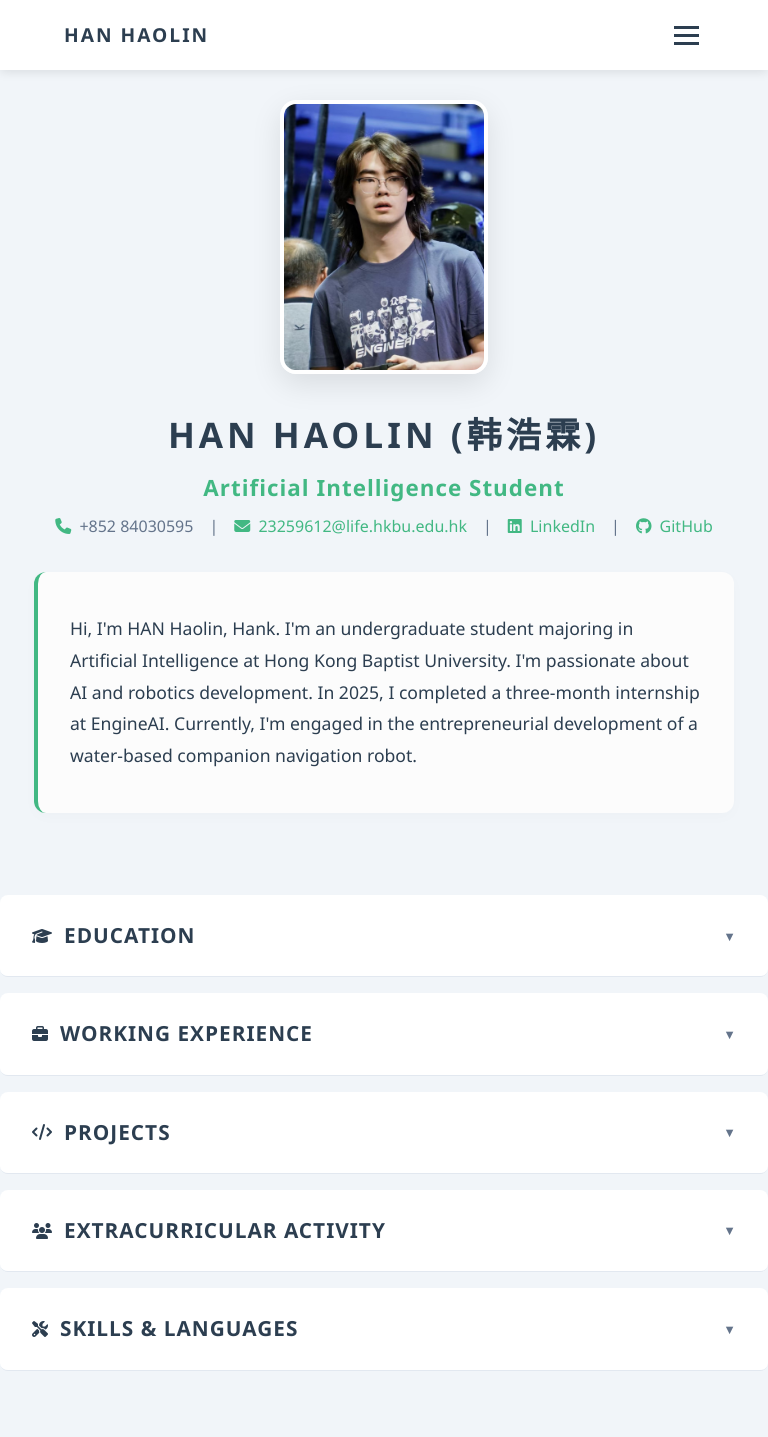
Repository: hhl2802149944-afk/hhl2802149944-afk.github.io
Page: /
These files come from the project's save history. The page is drawn as it stood at one moment and after the next save; the edit follows.
The browser window is 768 px wide. The pictures show the whole page.
The project was rebuilt for these pictures with package versions that can differ from the ones it lists, and the page was loaded fresh each time. Also part of the build but not shown: vite.config.js, src/components/ProjectCard.vue, src/views/MantaRoboticView.vue.

Above is the page before, as saved 2026-01-22 11:14:39.

### index.html
<!DOCTYPE html>
<html lang="en">
  <head>
    <meta charset="UTF-8">
    <link rel="icon" href="/favicon.ico">
    <meta name="viewport" content="width=device-width, initial-scale=1.0">
    <title>Han Haolin - Resume</title>
  </head>
  <body>
    <div id="app"></div>
    <script type="module" src="/src/main.js"></script>
  </body>
</html>

### src/main.js
import { createApp } from 'vue'
import App from './App.vue'
import router from './router'
import './assets/main.css'
import '@fortawesome/fontawesome-free/css/all.css'

const app = createApp(App)

app.use(router)

app.mount('#app')

### src/App.vue
<script setup>
import { RouterView } from 'vue-router'
</script>

<template>
  <RouterView />
</template>

<style>
/* Global styles can go here */
</style>

### src/router/index.js
import { createRouter, createWebHistory } from 'vue-router'
import HomeView from '../views/HomeView.vue'
import MantaRoboticView from '../views/MantaRoboticView.vue'

const router = createRouter({
  history: createWebHistory(import.meta.env.BASE_URL),
  routes: [
    {
      path: '/',
      name: 'home',
      component: HomeView
    },
    {
      path: '/manta-robotic',
      name: 'manta-robotic',
      component: MantaRoboticView
    }
  ]
})

export default router

### src/assets/main.css
:root {
  --primary-color: #2c3e50;
  --secondary-color: #34495e;
  --accent-color: #42b883;
  --text-color: #2c3e50;
  --light-text: #64748b;
  --bg-color: #f1f5f9;
  --card-bg: #ffffff;
  --border-color: #e2e8f0;
}

body {
  margin: 0;
  font-family: 'Segoe UI', Roboto, Helvetica, Arial, sans-serif;
  background-color: var(--bg-color);
  color: var(--text-color);
  line-height: 1.6;
}

.home {
  max-width: 1000px;
  margin: 0 auto;
  min-height: 100vh;
  background-color: white;
  box-shadow: 0 0 20px rgba(0,0,0,0.05);
  padding: 3rem 4rem;
}

h1, h2, h3, h4 {
  color: var(--primary-color);
  margin-top: 0;
}

a {
  color: var(--accent-color);
  text-decoration: none;
  transition: color 0.2s;
}

a:hover {
  color: var(--secondary-color);
  text-decoration: underline;
}

@media (max-width: 768px) {
  .home {
    padding: 2rem;
  }
}

@media (max-width: 480px) {
  .home {
    padding: 1rem;
  }
}

### src/views/HomeView.vue
<script setup>
import NavBar from '../components/NavBar.vue'
import ResumeHeader from '../components/ResumeHeader.vue'
import ResumeSection from '../components/ResumeSection.vue'
import ProjectCard from '../components/ProjectCard.vue'

const resumeData = {
  name: "Han Haolin (韩浩霖)",
  title: "Artificial Intelligence Student",
  summary: "Hi, I'm HAN Haolin, Hank. I'm an undergraduate student majoring in Artificial Intelligence at Hong Kong Baptist University. I'm passionate about AI and robotics development. In 2025, I completed a three-month internship at EngineAI. Currently, I'm engaged in the entrepreneurial development of a water-based companion navigation robot.",
  contact: {
    phone: "+852 84030595",
    email: "23259612@life.hkbu.edu.hk",
    linkedin: "https://linkedin.com/in/HaolinHAN",
    github: "https://github.com/hhl2802149944-afk"
  },
  education: {
    school: "Hong Kong Baptist University",
    major: "Artificial Intelligence",
    gpa: "3.01/4",
    courses: ["Artificial Intelligence and Machine Learning", "Software Engineering", "Data Communications and Networking"]
  },
  experience: [
    {
      name: "EngineAI Robotics Technology Co., Ltd.",
      date: "May - Aug 2025",
      role: "Robot Embedded Software Intern",
      details: [
        "Learning robot embedded software development based on the Ubuntu system, conducting factory testing of products and developing with the Intel RealSense D435i.",
        "Participate in world-class artificial intelligence exhibitions such as Macau EXPO and WRC, showcasing company products while conducting market research and sales activities"
      ]
    },
    {
      name: "Student Helper for Computer Science",
      date: "Nov - Dec 2024",
      role: "Hong Kong Baptist University",
      details: [
        "Facilitated weekly Python programming labs under professor supervision.",
        "Providing hands-on coding guidance to 30+ undergraduate students."
      ]
    }
  ],
  projects: [
    {
      name: "Internship Management System Documentation",
      date: "Oct 2025 - Dec 2025",
      role: "Software Engineering Project",
      details: [
        "Proposal for Enhancements and Testing Plan for the Internship System.",
        "Total: 105 pages, 13,377 words."
      ]
    },
    {
      name: "Online Multiplayer Drawing and Chat Platform",
      date: "2025",
      role: "Full-Stack Developer",
      details: [
        "Designed and implemented a real-time multiplayer drawing and chat system.",
        "Full-Stack Design for a Library Management Website."
      ]
    },
    {
      name: "Java Game Development Portfolio",
      date: "2024",
      role: "Game Programmer",
      details: [
        "Successfully developed three classic games: Labyrinth, Tetris, and Modern Art.",
        "Designed and developed an original computer game as an independent project."
      ]
    },
    {
      name: "Soccer Recognition AI System",
      date: "2025",
      role: "AI Developer",
      details: [
        "Developed an autonomous model for identifying and tracking players and the ball in soccer footage.",
        "Implemented computer vision algorithms to process real-time sports video data."
      ]
    }
  ],
  extracurricular: [
    {
      name: "Internal Vice President",
      date: "Apr 2024 - Apr 2025",
      role: "HKBU Chinese Students and Scholars Association",
      details: [
        "Communicated with executive board members, organized team building, and improved cohesion.",
        "Organised a two-week orientation programme for 300 new mainland students.",
        "Managed a total of 13 events during the year."
      ]
    },
    {
      name: "ROBOCON 2025，HKBU",
      date: "Dec 2024 - Jan 2025",
      role: "Mechanical Design and Programming Engineer",
      details: [
        "Mechanical designer for the HKBU team in the 2025 Robocon robotics competition.",
        "Assisted with site identification and programming of AI autonomous task modules."
      ]
    }
  ],
  skills: {
    programming: ["Python", "Java", "Javascript", "HTML", "Markdown"],
    ai_tech: ["CNN", "RNN", "GAN", "Ubuntu"],
    publicity: ["Canva", "WeChat Public", "Capcut"]
  },
  languages: [
    { name: "Mandarin", level: "Native" },
    { name: "English", level: "Fluent" },
    { name: "Cantonese", level: "Basic" }
  ]
}
</script>

<template>
  <NavBar />
  <main class="resume-container">
    <ResumeHeader
      :name="resumeData.name"
      :title="resumeData.title"
      :contact="resumeData.contact"
      :summary="resumeData.summary"
    />

    <ResumeSection title="Education" id="education">
      <template #icon><i class="fas fa-graduation-cap"></i></template>
      <div class="education-item">
        <div class="edu-header">
          <h3>{{ resumeData.education.school }}</h3>
          <span class="gpa">cGPA: {{ resumeData.education.gpa }}</span>
        </div>
        <p class="major">Major: {{ resumeData.education.major }}</p>
        <p class="courses"><strong>Core Courses:</strong> {{ resumeData.education.courses.join(', ') }}</p>
      </div>
    </ResumeSection>

    <ResumeSection title="Working Experience" id="experience">
      <template #icon><i class="fas fa-briefcase"></i></template>
      <ProjectCard
        v-for="(exp, index) in resumeData.experience"
        :key="index"
        :project="exp"
      />
    </ResumeSection>

    <ResumeSection title="Projects" id="projects">
      <template #icon><i class="fas fa-code"></i></template>
      <ProjectCard
        v-for="(proj, index) in resumeData.projects"
        :key="index"
        :project="proj"
      />
    </ResumeSection>

    <ResumeSection title="Extracurricular Activity" id="extracurricular">
      <template #icon><i class="fas fa-users"></i></template>
      <ProjectCard
        v-for="(item, index) in resumeData.extracurricular"
        :key="index"
        :project="item"
      />
    </ResumeSection>

    <ResumeSection title="Skills & Languages" id="skills">
      <template #icon><i class="fas fa-tools"></i></template>
      <div class="skills-lang-grid">
        <div class="skills-grid">
          <div class="skill-category">
            <h4>Programming</h4>
            <div class="skill-tags">
              <span v-for="skill in resumeData.skills.programming" :key="skill" class="tag">{{ skill }}</span>
            </div>
          </div>
          <div class="skill-category">
            <h4>AI & Tools</h4>
            <div class="skill-tags">
              <span v-for="skill in resumeData.skills.ai_tech" :key="skill" class="tag">{{ skill }}</span>
            </div>
          </div>
          <div class="skill-category">
            <h4>Publicity & Design</h4>
            <div class="skill-tags">
              <span v-for="skill in resumeData.skills.publicity" :key="skill" class="tag">{{ skill }}</span>
            </div>
          </div>
        </div>

        <div class="lang-list">
          <div v-for="lang in resumeData.languages" :key="lang.name" class="lang-item">
            <span class="lang-name">{{ lang.name }}</span>
            <span class="lang-level">{{ lang.level }}</span>
          </div>
        </div>
      </div>
    </ResumeSection>
  </main>
</template>

<style scoped>
.resume-container {
  padding-bottom: 50px;
}

.education-item {
  margin-bottom: 1.5rem;
}

.edu-header {
  display: flex;
  justify-content: space-between;
  align-items: center;
}

.major {
  font-weight: bold;
  color: var(--accent-color);
  margin: 0.2rem 0;
}

.courses {
  font-size: 0.9rem;
  color: #555;
}

.skills-lang-grid {
  display: grid;
  grid-template-columns: 2fr 1fr;
  gap: 2rem;
  align-items: start;
}

.skills-grid {
  display: flex;
  flex-direction: column;
  gap: 1.5rem;
}

.skill-category h4 {
  margin-bottom: 1rem;
  color: var(--secondary-color);
  border-bottom: 1px solid #ddd;
  padding-bottom: 0.3rem;
  font-size: 1rem;
}

.skill-tags {
  display: flex;
  flex-wrap: wrap;
  gap: 0.5rem;
}

.tag {
  background: #eef2f7;
  padding: 0.3rem 0.8rem;
  border-radius: 15px;
  font-size: 0.85rem;
  color: var(--primary-color);
}

.lang-list {
  display: flex;
  flex-direction: column;
  gap: 0.8rem;
}

.lang-item {
  display: flex;
  justify-content: space-between;
  padding: 0.5rem;
  background: white;
  border-radius: 4px;
  border-left: 3px solid var(--accent-color);
  box-shadow: 0 1px 3px rgba(0,0,0,0.05);
}

.lang-name {
  font-weight: bold;
}

.lang-level {
  color: #666;
  font-size: 0.9rem;
}

@media (max-width: 768px) {
  .skills-lang-grid {
    grid-template-columns: 1fr;
  }
}
</style>

### src/components/NavBar.vue
<script setup>
import { ref } from 'vue'
import { useRouter, useRoute } from 'vue-router'

const router = useRouter()
const route = useRoute()
const isMenuOpen = ref(false)

const sections = [
  { id: 'education', name: 'Education' },
  { id: 'experience', name: 'Working Experience' },
  { id: 'projects', name: 'Projects' },
  { id: 'extracurricular', name: 'Extracurricular' },
  { id: 'skills', name: 'Skills & Languages' }
]

const scrollToSection = async (id) => {
  if (route.name !== 'home') {
    await router.push({ name: 'home' })
    // Wait for the DOM to update
    setTimeout(() => {
      const el = document.getElementById(id)
      if (el) {
        el.scrollIntoView({ behavior: 'smooth' })
      }
    }, 100)
  } else {
    const el = document.getElementById(id)
    if (el) {
      el.scrollIntoView({ behavior: 'smooth' })
    }
  }
  isMenuOpen.value = false
}

const goToMantaRobotic = () => {
  router.push({ name: 'manta-robotic' })
  isMenuOpen.value = false
}
</script>

<template>
  <nav class="navbar">
    <div class="nav-container">
      <div class="nav-logo" @click="scrollToSection('hero')">HAN HAOLIN</div>

      <div class="nav-links" :class="{ 'nav-active': isMenuOpen }">
        <div v-for="section in sections"
             :key="section.id"
             class="nav-item"
             @click="scrollToSection(section.id)">
          {{ section.name }}
        </div>
        <div class="nav-item highlight" @click="goToMantaRobotic">
          MantaRobotic
        </div>
        <a href="/assets/HAN Haolin's CV.pdf" target="_blank" class="nav-item cv-button">
          <i class="fas fa-file-pdf"></i> View CV
        </a>
      </div>

      <div class="burger" @click="isMenuOpen = !isMenuOpen">
        <div class="line1"></div>
        <div class="line2"></div>
        <div class="line3"></div>
      </div>
    </div>
  </nav>
</template>

<style scoped>
.navbar {
  position: fixed;
  top: 0;
  left: 0;
  width: 100%;
  height: 70px;
  background: white;
  display: flex;
  justify-content: center;
  align-items: center;
  z-index: 1000;
  box-shadow: 0 2px 10px rgba(0,0,0,0.1);
}

.nav-container {
  width: 100%;
  max-width: 1000px;
  display: flex;
  justify-content: space-between;
  align-items: center;
  padding: 0 4rem;
}

.nav-logo {
  font-weight: bold;
  font-size: 1.2rem;
  letter-spacing: 2px;
  cursor: pointer;
  color: var(--primary-color);
}

.nav-links {
  display: flex;
  gap: 2rem;
}

.nav-item {
  cursor: pointer;
  font-weight: 500;
  color: var(--secondary-color);
  transition: color 0.3s;
  font-size: 0.9rem;
  text-transform: uppercase;
}

.nav-item:hover {
  color: var(--accent-color);
}

.nav-item.highlight {
  color: #e67e22;
  font-weight: bold;
}

.cv-button {
  background: var(--accent-color);
  color: white !important;
  padding: 5px 15px;
  border-radius: 20px;
  transition: transform 0.2s, background 0.2s;
  text-decoration: none !important;
}

.cv-button:hover {
  transform: translateY(-2px);
  background: var(--secondary-color);
}

.burger {
  display: none;
  cursor: pointer;
}

.burger div {
  width: 25px;
  height: 3px;
  background-color: var(--primary-color);
  margin: 5px;
  transition: all 0.3s ease;
}

@media screen and (max-width: 768px) {
  .nav-links {
    position: absolute;
    right: 0px;
    height: 92vh;
    top: 70px;
    background-color: white;
    display: flex;
    flex-direction: column;
    align-items: center;
    width: 50%;
    transform: translateX(100%);
    transition: transform 0.5s ease-in;
    padding-top: 2rem;
  }

  .nav-links.nav-active {
    transform: translateX(0%);
  }

  .burger {
    display: block;
  }
}
</style>

### src/components/ResumeHeader.vue
<script setup>
defineProps({
  name: String,
  title: String,
  contact: Object,
  summary: String
})

const imageUrl = '/assets/HAN Haolin.jpg'
</script>

<template>
  <header class="resume-header" id="hero">
    <div class="header-content">
      <div class="profile-pic-container">
        <img :src="imageUrl" alt="Han Haolin" class="profile-pic">
      </div>
      <div class="text-info">
        <h1>{{ name }}</h1>
        <p class="subtitle">{{ title }}</p>
        <div class="contact-info">
          <span><i class="fas fa-phone"></i> {{ contact.phone }}</span> |
          <a :href="'mailto:' + contact.email"><i class="fas fa-envelope"></i> {{ contact.email }}</a> |
          <a :href="contact.linkedin" target="_blank"><i class="fab fa-linkedin"></i> LinkedIn</a> |
          <a :href="contact.github" target="_blank"><i class="fab fa-github"></i> GitHub</a>
        </div>
        <div class="about-me">
          <p>{{ summary }}</p>
        </div>
      </div>
    </div>
  </header>
</template>

<style scoped>
.resume-header {
  padding: 100px 0 50px 0;
  margin-bottom: 2rem;
  text-align: center;
}

.header-content {
  display: flex;
  flex-direction: column;
  align-items: center;
  gap: 2rem;
}

.text-info {
  max-width: 700px;
}

h1 {
  margin: 0;
  font-size: 3rem;
  text-transform: uppercase;
  letter-spacing: 4px;
  color: var(--primary-color);
}

.subtitle {
  font-size: 1.4rem;
  color: var(--accent-color);
  font-weight: 600;
  margin: 0.5rem 0;
  letter-spacing: 1px;
}

.contact-info {
  font-size: 1rem;
  color: var(--light-text);
  margin-bottom: 2rem;
  display: flex;
  justify-content: center;
  align-items: center;
  gap: 1rem;
  flex-wrap: wrap;
}

.contact-info i {
  color: var(--accent-color);
  margin-right: 4px;
}

.about-me {
  text-align: left;
  line-height: 1.8;
  font-size: 1.1rem;
  color: var(--text-color);
  background: #fcfcfc;
  padding: 1.5rem 2rem;
  border-radius: 12px;
  border-left: 4px solid var(--accent-color);
  box-shadow: 0 4px 15px rgba(0,0,0,0.02);
}

.profile-pic-container {
  width: 288px; /* 240 * 1.2 */
  height: 384px; /* 320 * 1.2 */
  border-radius: 16px;
  overflow: hidden;
  box-shadow: 0 10px 30px rgba(0,0,0,0.1);
  border: 4px solid white;
}

.profile-pic {
  width: 120%;
  height: 120%;
  object-fit: cover;
}

@media (max-width: 768px) {
  h1 { font-size: 2.2rem; }
  .profile-pic-container {
    width: 200px;
    height: 266px;
  }
}
</style>

### src/components/ResumeSection.vue
<script setup>
import { ref } from 'vue'

defineProps({
  title: String,
  id: String
})

const isOpen = ref(false)
</script>

<template>
  <section :id="id" class="resume-section">
    <div class="section-header" @click="isOpen = !isOpen">
      <div class="title-with-icon">
        <slot name="icon"></slot>
        <h2>{{ title }}</h2>
      </div>
      <span class="toggle-icon" :class="{ 'is-open': isOpen }">▼</span>
    </div>
    <transition name="fade">
      <div v-if="isOpen" class="section-content">
        <slot></slot>
      </div>
    </transition>
  </section>
</template>

<style scoped>
.resume-section {
  margin-bottom: 1rem;
  background: white;
  border-radius: 8px;
  overflow: hidden;
  border-bottom: 1px solid var(--border-color);
}

.section-header {
  padding: 1.5rem 2rem;
  display: flex;
  justify-content: space-between;
  align-items: center;
  cursor: pointer;
  background: #fff;
  transition: background 0.3s;
}

.section-header:hover {
  background: #fcfcfc;
}

.title-with-icon {
  display: flex;
  align-items: center;
  gap: 12px;
}

.title-with-icon i {
  color: var(--accent-color);
  font-size: 1.2rem;
}

h2 {
  font-size: 1.3rem;
  margin: 0;
  text-transform: uppercase;
  letter-spacing: 1px;
  color: var(--primary-color);
}

.toggle-icon {
  font-size: 0.8rem;
  transition: transform 0.3s;
  color: var(--light-text);
}

.toggle-icon.is-open {
  transform: rotate(180deg);
}

.section-content {
  padding: 0 2rem 2rem 2rem;
}

.fade-enter-active, .fade-leave-active {
  transition: opacity 0.3s ease, transform 0.3s ease;
}

.fade-enter-from, .fade-leave-to {
  opacity: 0;
  transform: translateY(-10px);
}
</style>

After the next save:
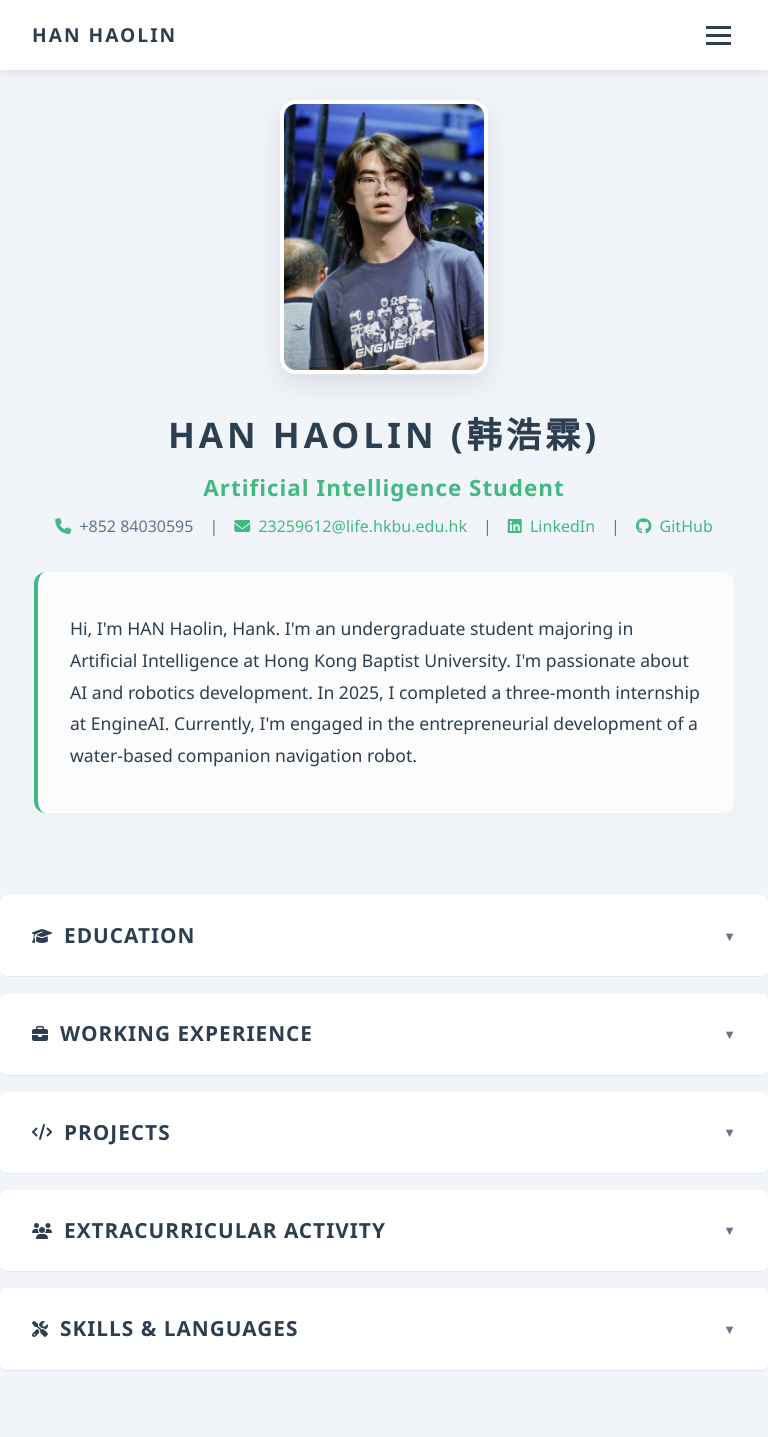
Saved 9 s later.
--- a/src/components/NavBar.vue
+++ b/src/components/NavBar.vue
@@ -151,6 +151,10 @@ const goToMantaRobotic = () => {
 }
 
 @media screen and (max-width: 768px) {
+  .nav-container {
+    padding: 0 2rem;
+  }
+
   .nav-links {
     position: absolute;
     right: 0px;
